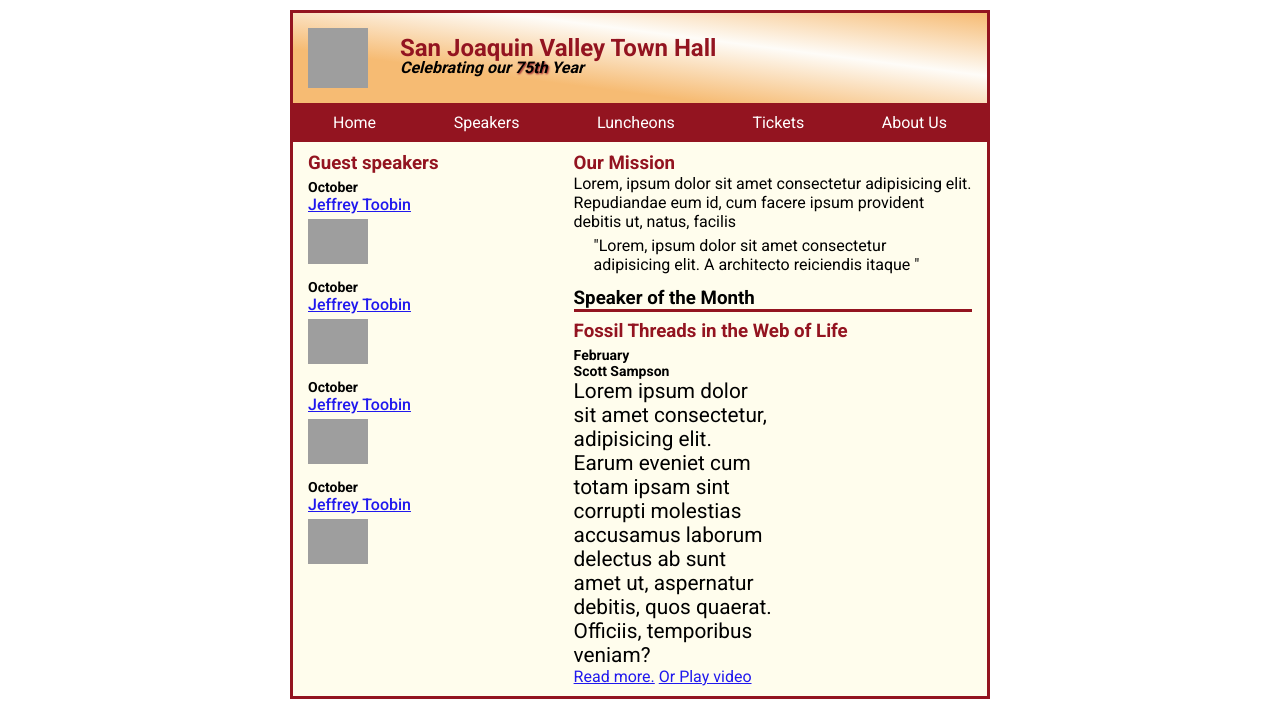
Repository: Mannj-nef/ex-5-6-7-8_IvVettech
Page: index.html
The author's editor kept a copy of each file at every save. The page is drawn from the files as they stood at one save, then again after the next save.
The browser window is 1280 px wide. The pictures show the whole page.
Pictures or frames that could not be fetched are drawn as grey boxes.

Above is the page before, as saved 2022-03-24 22:40:02.

After the next save:
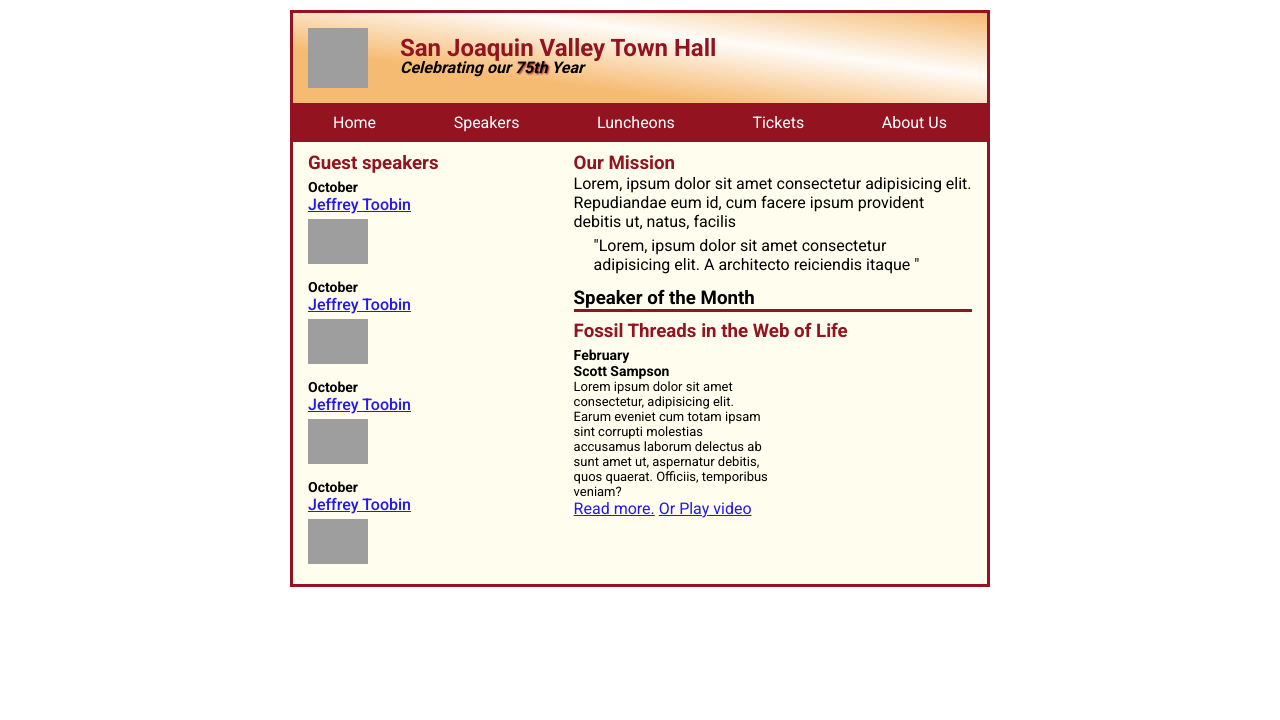
Saved 8 s later.
--- a/Asset/style.css
+++ b/Asset/style.css
@@ -133,7 +133,7 @@ html {
   margin-right: 10px;
 }
 .constent-right__center-desc {
-  font-size: 1.3rem;
+  font-size: 13px;
 }
 .constent-right__center-link {
   color: var(--blue-color);
